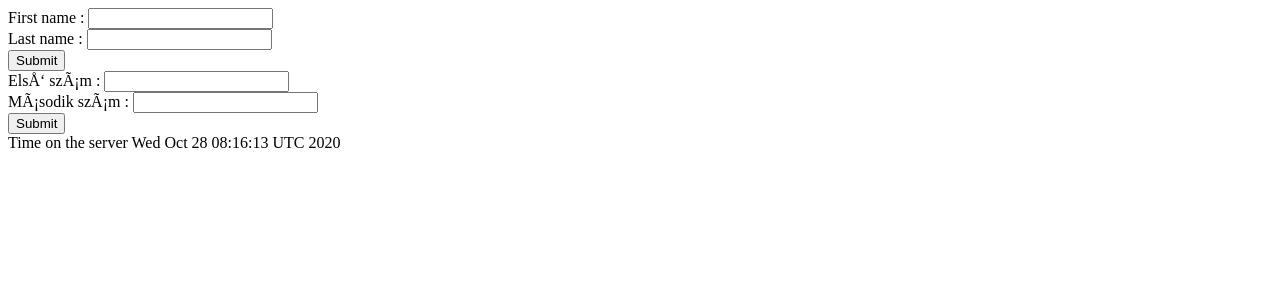
Repository: Gyepike/JSP
Page: http://localhost/JSPDemo/Student-form.jsp
The author's editor kept a copy of each file at every save. The page is drawn from the files as they stood at one save, then again after the next save.
The browser window is 1280 px wide. The pictures show the whole page.
The page is served by Tomcat 9.

Above is the page before, as saved 2020-10-28 22:40:18.

After the next save:
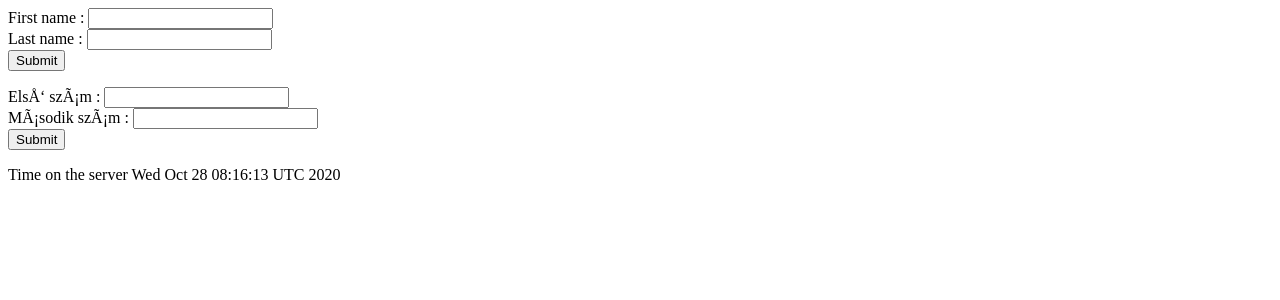
Saved 9 min 38 s later.
--- a/JSPDemo/WebContent/Student-form.jsp
+++ b/JSPDemo/WebContent/Student-form.jsp
@@ -1,7 +1,3 @@
-
-<%@ page language="java" contentType="text/html; charset=ISO-8859-1"
-    pageEncoding="ISO-8859-1"%>
-<!DOCTYPE html>
 <html>
 <head>
 <meta charset="ISO-8859-1">
